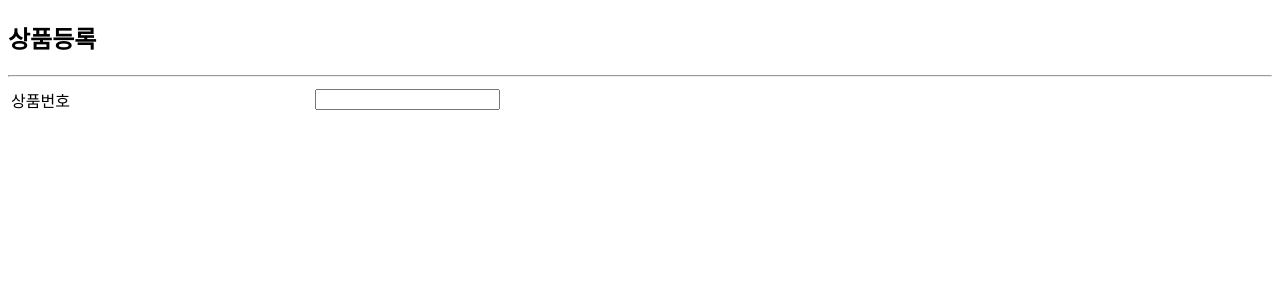
Repository: kimwoongasd/JSPAndServlet
Page: http://localhost/day1226/insertGoods.jsp
These files come from the project's save history. The page is drawn as it stood at one moment and after the next save; the edit follows.
The browser window is 1280 px wide. The pictures show the whole page.
The page is served by Tomcat 9.

Above is the page before, as saved 2023-12-26 03:46:10.

After the next save:
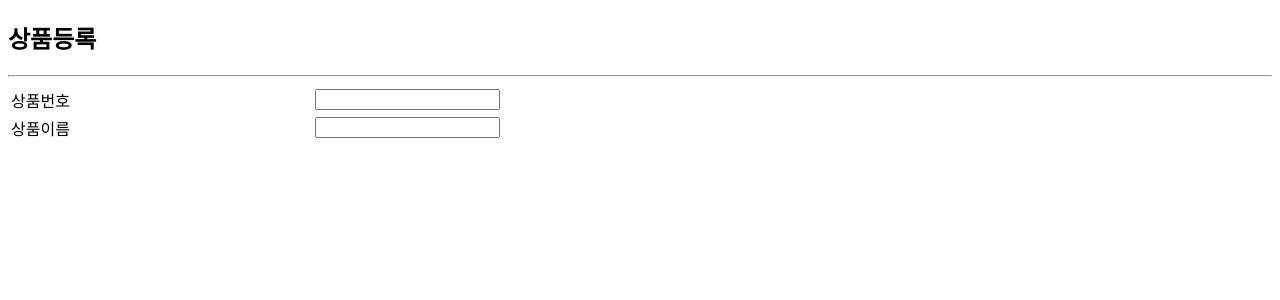
Saved 14 s later.
--- a/day1226/src/main/webapp/insertGoods.jsp
+++ b/day1226/src/main/webapp/insertGoods.jsp
@@ -17,6 +17,12 @@
 					<input type="text" required="required">
 				</td>
 			</tr>
+			<tr>
+				<td>상품이름</td>
+				<td>
+					<input type="text" required="required">
+				</td>
+			</tr>
 		</table>
 	</form>
 </body>
